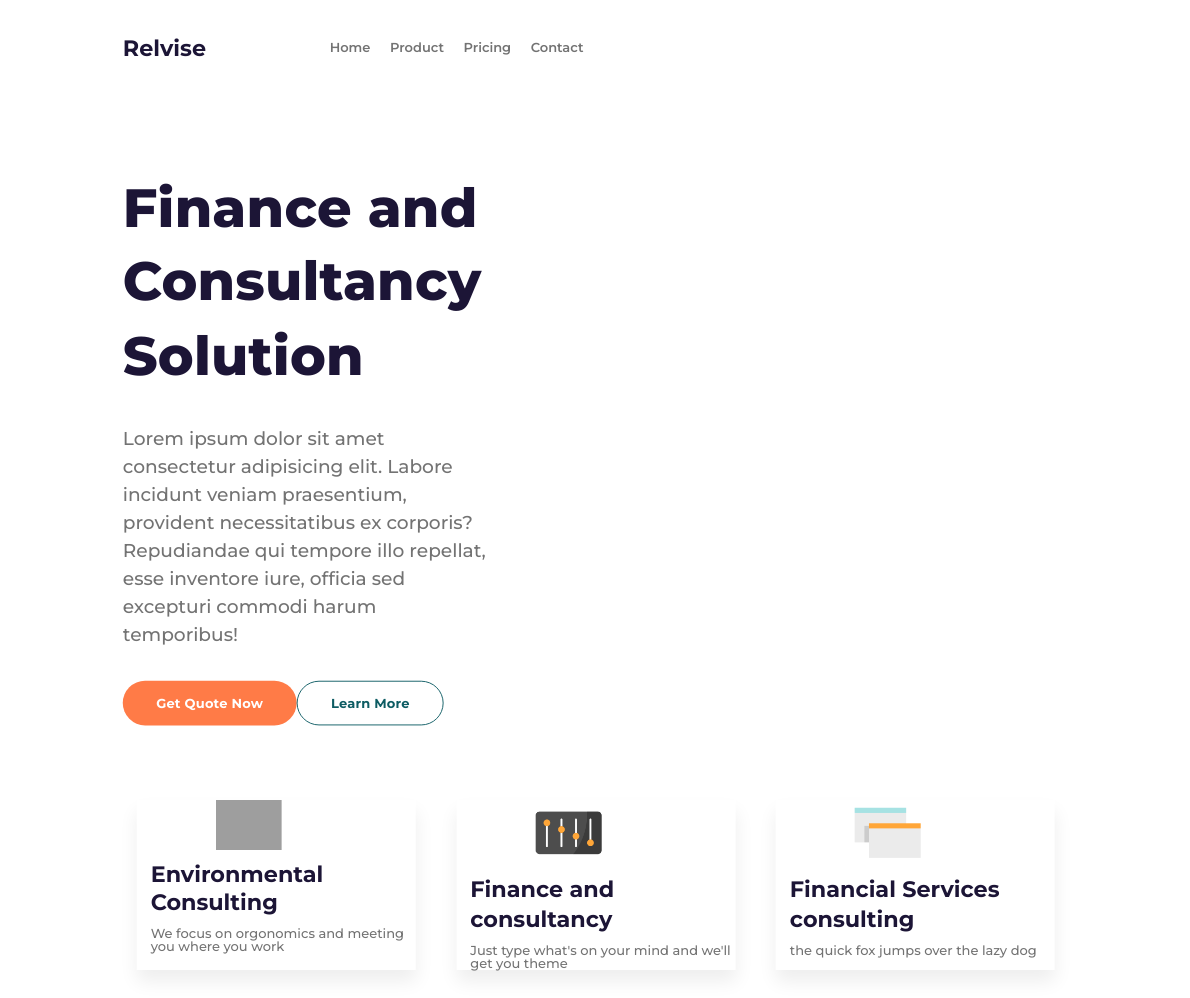
Repository: usalokiN/simple-project
Page: index.html
The author's editor kept a copy of each file at every save. The page is drawn from the files as they stood at one save, then again after the next save.
The browser window is 1280 px wide. The pictures show the whole page, at 93% of full size.
Pictures or frames that could not be fetched are drawn as grey boxes.

Above is the page before, as saved 2022-01-16 23:31:48.

After the next save:
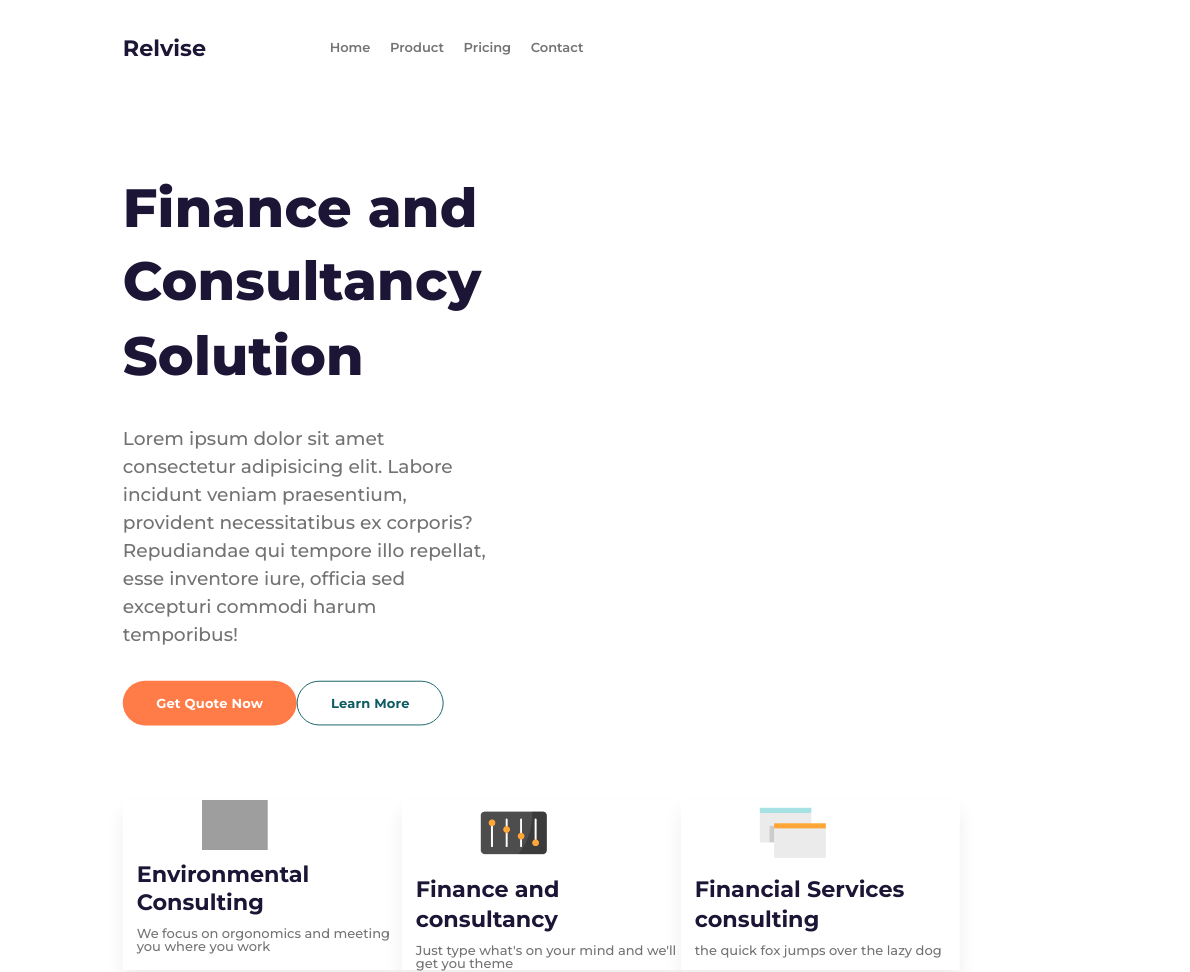
Saved 8 min 29 s later.
--- a/css/style.css
+++ b/css/style.css
@@ -273,7 +273,7 @@
                         margin: 0 -15px -30px 0;
                     }
 
-                    .services__column {
+                    @media() .services__column {
                         padding: 0 15px;
                         flex: 0 1 33.333%;
                         margin: 0 0 30px 0;
